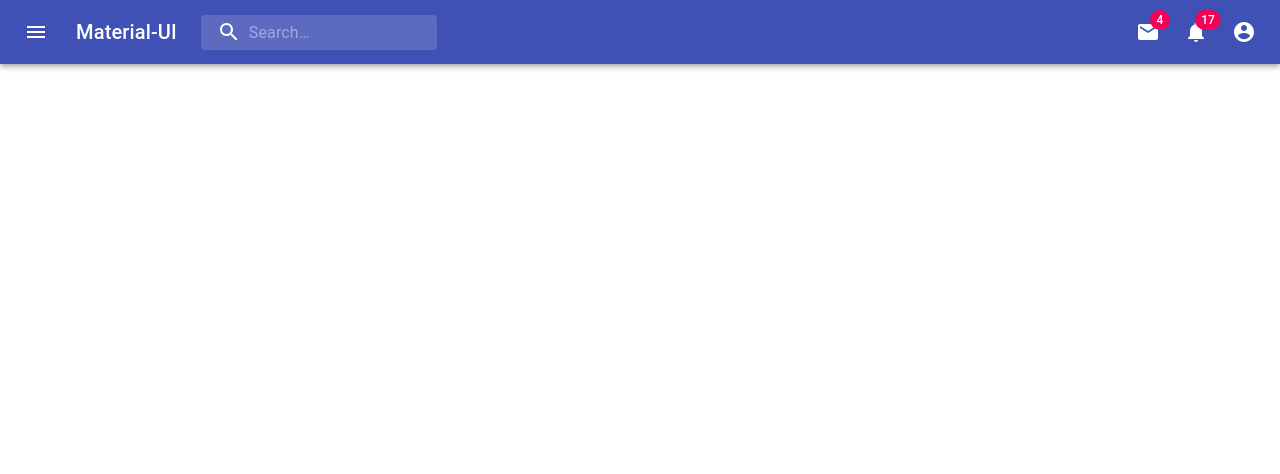
Repository: lude22/react_chat
Page: /
These files come from the project's save history. The page is drawn as it stood at one moment and after the next save; the edit follows.
The browser window is 1280 px wide. The pictures show the whole page.
The project was rebuilt for these pictures with package versions that can differ from the ones it lists, and the page was loaded fresh each time. Also part of the build but not shown: webpack.config.js, src/App.css.

Above is the page before, as saved 2020-08-02 11:03:52.

After the next save:
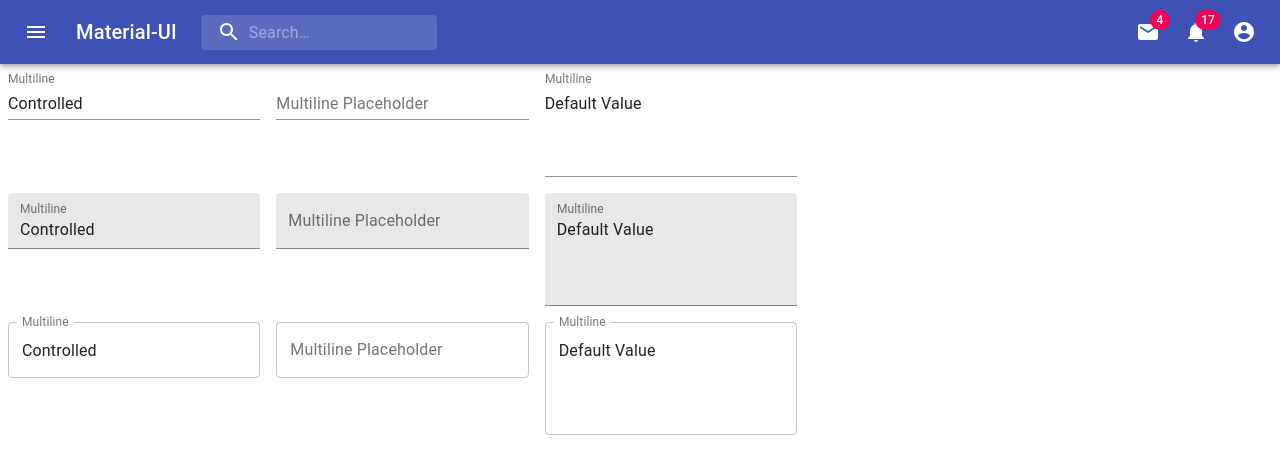
Saved 10 s later.
--- a/src/App.js
+++ b/src/App.js
@@ -9,6 +9,7 @@ class App extends Component{
     return(
       <React.Fragment>
         <ButtonAppSearchBar />
+        <InputField />
       </React.Fragment>
     )
   }

After the save that followed:
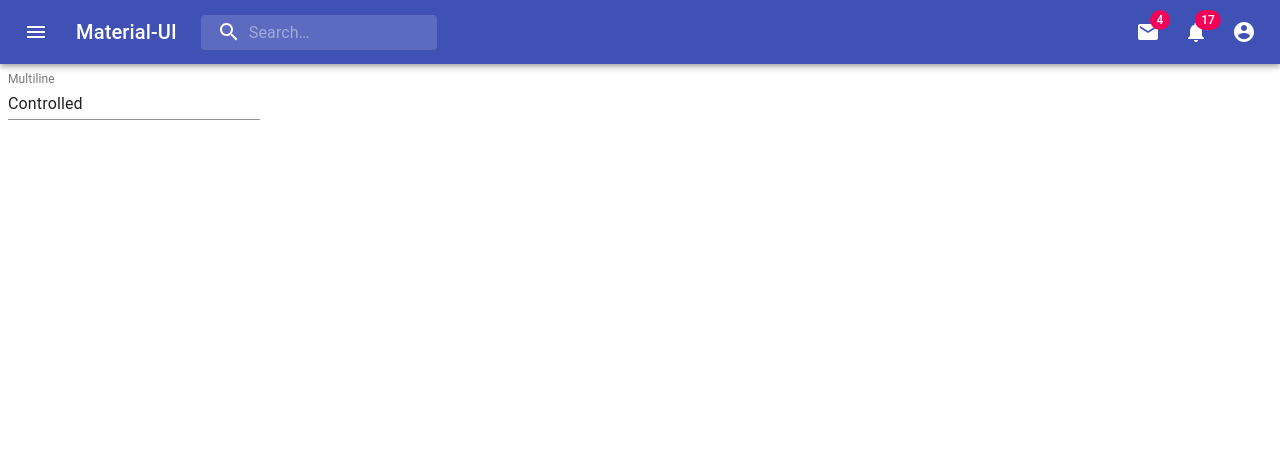
Saved 29 s later.
--- a/src/components/InputField.js
+++ b/src/components/InputField.js
@@ -30,7 +30,7 @@ export default function MultilineTextFields() {
           value={value}
           onChange={handleChange}
         />
-        <TextField
+        {/* <TextField
           id="standard-textarea"
           label="Multiline Placeholder"
           placeholder="Placeholder"
@@ -94,7 +94,7 @@ export default function MultilineTextFields() {
           rows={4}
           defaultValue="Default Value"
           variant="outlined"
-        />
+        /> */}
       </div>
     </form>
   );
